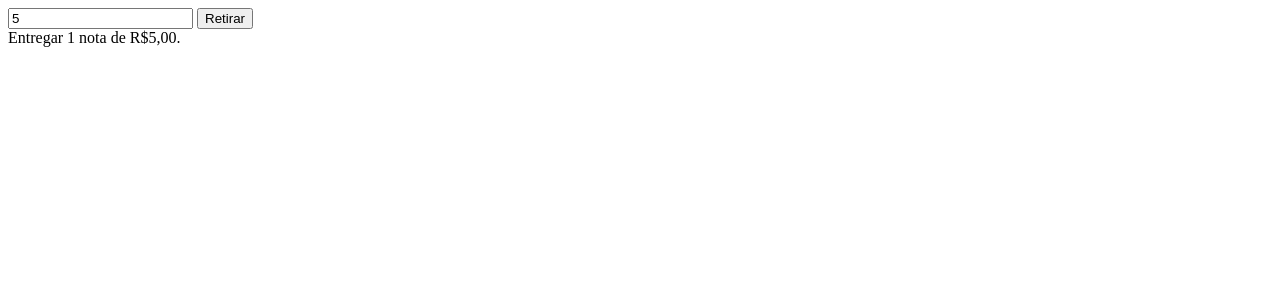
Repository: tkosudi/test-evlos
Page: index.html
These files come from the project's save history. The page is drawn as it stood at one moment and after a run of saves; the edit follows.
The browser window is 1280 px wide. The pictures show the whole page.
Empty fields were first filled with sample values (such as "Sample", 5 or name@example.com).
After loading, the first visible `#withdraw_button` was clicked once.

Above is the page before, as saved 2021-09-03 11:27:15.

After the next 6 saves:
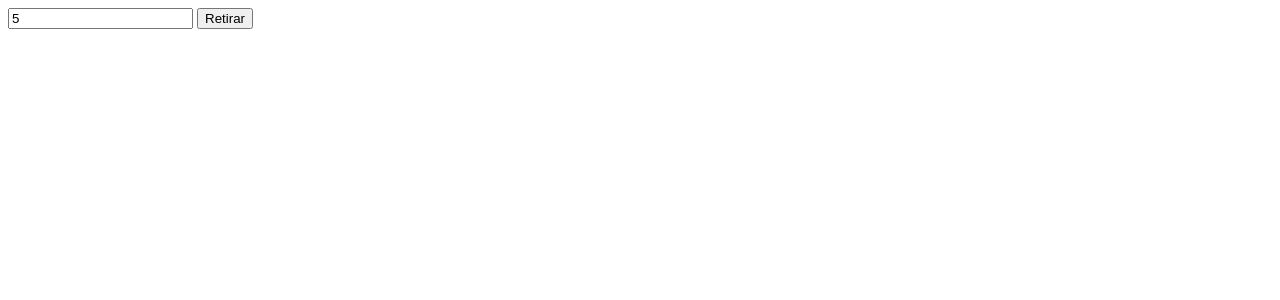
Console error (its wording comes from the project's code and is left out).
The 6 saves are shown as one change because they came seconds apart.
The last was saved 45 s later.
--- a/withdraw.js
+++ b/withdraw.js
@@ -72,6 +72,7 @@
 // module.exports.withdraw = withdraw;
 
 document.getElementById("withdraw_button").onclick = () => {
+  document.getElementsByTagName()
   let withdrawInputData = document.getElementById("inputData").value;
   let response = document.getElementById("count_withdraw");
   const span = document.createElement("span");

After the 3 saves that followed:
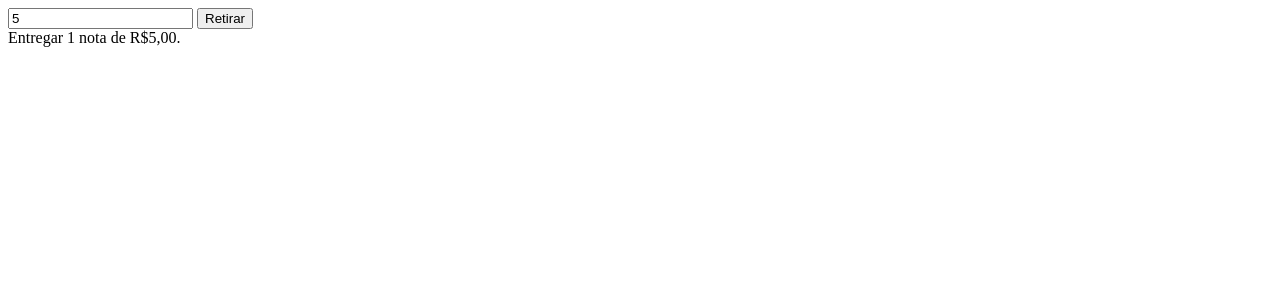
The error is gone.
The 3 saves are shown as one change because they came seconds apart.
The last was saved 8 s later.
--- a/withdraw.js
+++ b/withdraw.js
@@ -72,7 +72,7 @@
 // module.exports.withdraw = withdraw;
 
 document.getElementById("withdraw_button").onclick = () => {
-  document.getElementsByTagName()
+  document.getElementsByTagName('span').in
   let withdrawInputData = document.getElementById("inputData").value;
   let response = document.getElementById("count_withdraw");
   const span = document.createElement("span");
